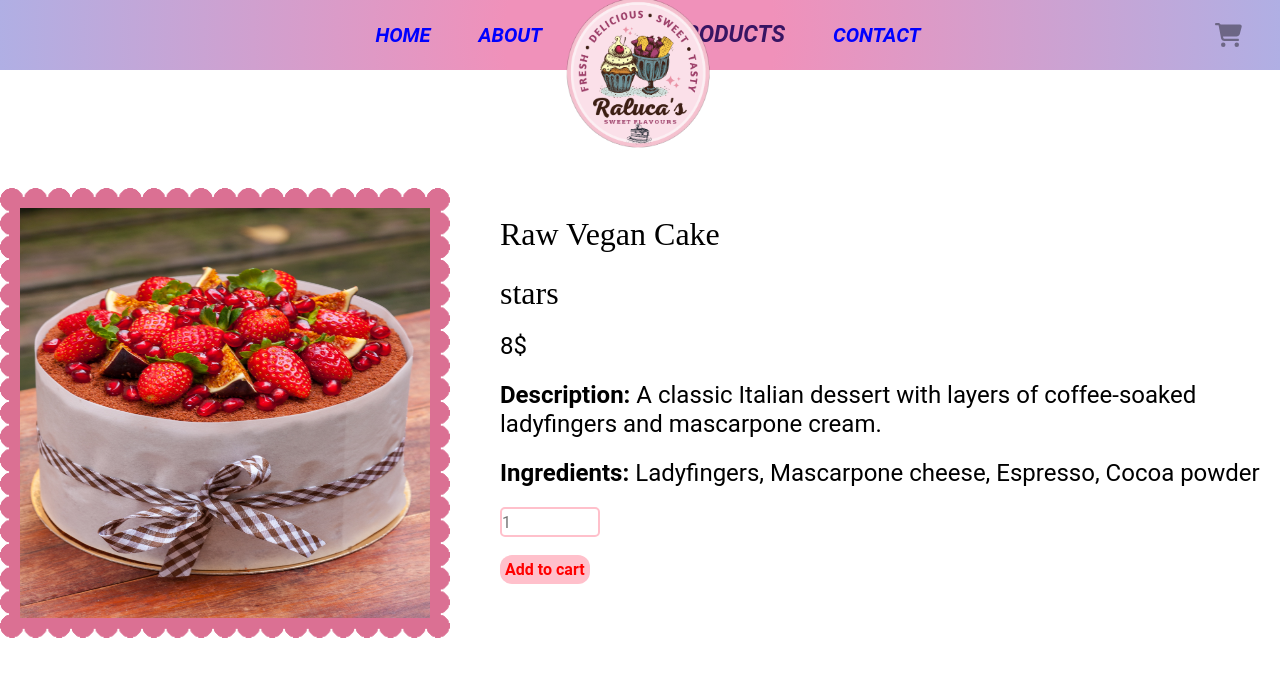
Repository: RalucaZota/cakeshop
Page: /products
An editor plug-in stored every save of this project. The page is shown before and after the next save, followed by the edit.
The browser window is 1280 px wide. The pictures show the whole page.
The project was rebuilt for these pictures with package versions that can differ from the ones it lists, and the page was loaded fresh each time. Requests to the local data server were answered from the project's data file. Also part of the build but not shown: vite.config.js, src/components/FavoriteProduct.vue, src/data.js, src/components/ProductItem.vue, src/components/Testimonials.vue, src/views/Home.vue, src/components/StaffComponent.vue, src/components/CommentBox.vue and 3 more.

Above is the page before, as saved 2023-07-01 12:06:17.

After the next save:
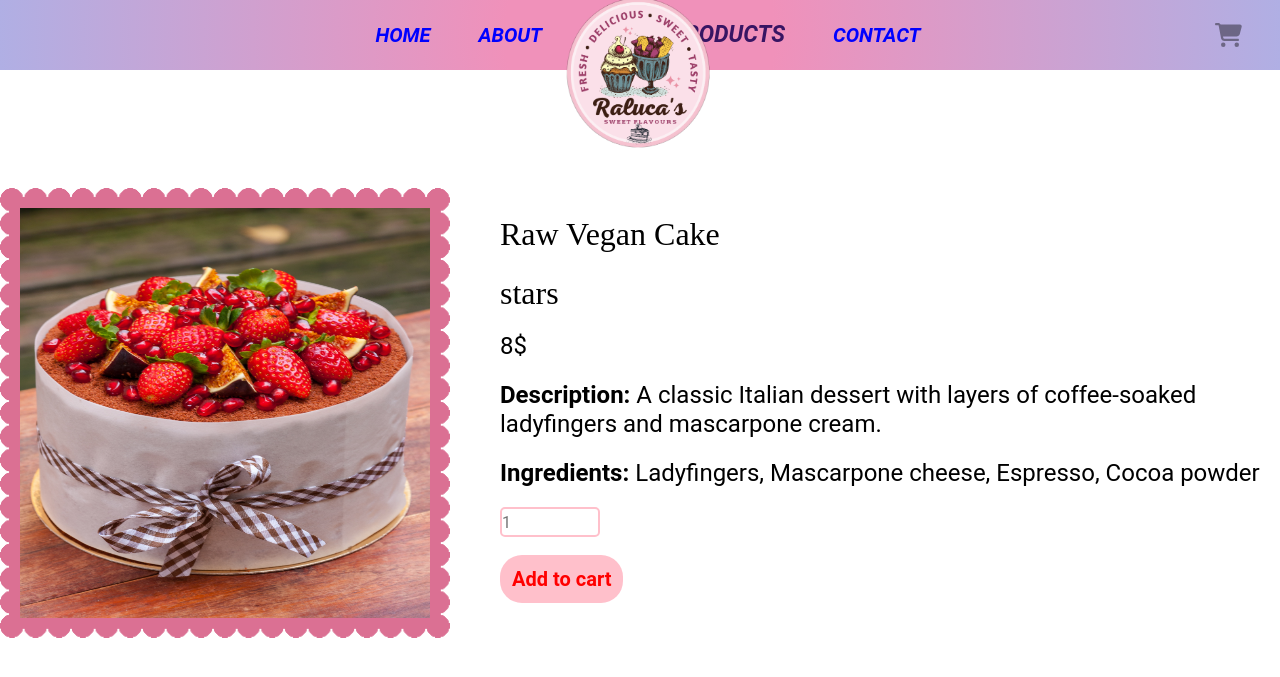
Saved 2 min 9 s later.
--- a/src/components/AddtoCartButton.vue
+++ b/src/components/AddtoCartButton.vue
@@ -18,10 +18,10 @@ export default {
 .cart-button {
     /* border: 2px solid hsl(317 100% 54%); */
     background-color: pink;
-    border-radius: 12px;
+    border-radius: 22px;
     font-weight: 600;
-    font-size: 16px;
-    padding: 5px;
+    font-size: 20px;
+    padding: 12px;
     position: relative;
     display: inline-block;
     color: red;
